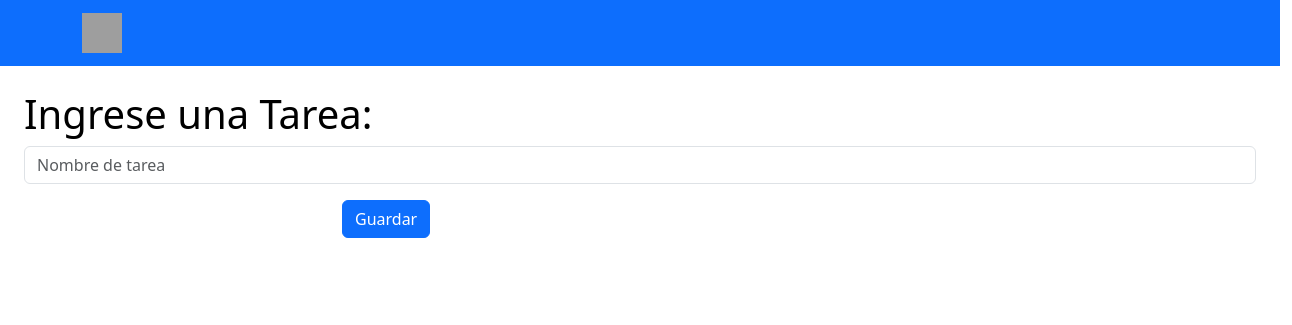
Repository: mgarrido0gb/registroTareas
Page: http://localhost/Tareas/Home
An editor plug-in stored every save of this project. The page is shown before and after the next save, followed by the edit.
The browser window is 1280 px wide. The page is 1292 px wide, so the pictures cover 1292 px, including what lies to the right of the window. The pictures show the whole page.
Pictures or frames that could not be fetched are drawn as grey boxes. The page is served by Tomcat 10. Other server files are loaded and not shown. Queries for data that is not in the repository find no rows.

Above is the page before, as saved 2024-05-21 16:53:29.

### Tareas/src/main/webapp/WEB-INF/home.jsp
<%@page import="models.Categoria"%>
<%@page import="models.Tarea"%>
<%@ page language="java" contentType="text/html; charset=ISO-8859-1"
    pageEncoding="ISO-8859-1" import="java.util.ArrayList" import="models.Tarea" import="models.Categoria"%>
<!doctype html>
<html lang="en">
  <head>
    <meta charset="utf-8">
    <meta name="viewport" content="width=device-width, initial-scale=1">
    <title>Registro Tareas</title>
    <link href="https://cdn.jsdelivr.net/npm/bootstrap@5.3.3/dist/css/bootstrap.min.css" rel="stylesheet" integrity="sha384-QWTKZyjpPEjISv5WaRU9OFeRpok6YctnYmDr5pNlyT2bRjXh0JMhjY6hW+ALEwIH" crossorigin="anonymous">
    <style type="text/css">
    	body{
    		background-color: white;
    		color: black;
    	}

    	li{
    		color: black;
    	}

    	.logotipo{
    		width: 30px;
    		height: 30px;
    	}






    </style>

  </head>
  <body>
  	<nav class="navbar bg-primary" id="nav">
  		<div class="container">
    		<a class="navbar-brand" href="#">
      			<img src="https://cdn-icons-png.flaticon.com/512/181/181627.png"  width="40" height="40">
    		</a>
  		</div>
	</nav>

    <div class="row">
    	<div class="col-3 offset-3 d-block m-auto m-0 col-sm">
    		<form action="/Tareas/Home" method="post">
    			<div class="p-4">
    				<h1>Ingrese una Tarea: </h1>

    				<div class="text-center">
    					<input class="form-control" placeholder="Nombre de tarea" name="texto" type="text" required>
    				</div>
    			<div>
    			<div class="row">
    				<div class="col-3 offset-3 p-3">
    					<input type="submit" value="Guardar" class="btn btn-primary">
    				</div>

    			</div>
    		</div>

    	</form>

    </div>


    </div>
   <div class="row">
   		<div class="col-3 offset-2 d-block m-auto m-0 p-3">
   			 <%
    			ArrayList<Tarea> tareas = (ArrayList<Tarea>)request.getAttribute("tareas");
    		%>

    			<% for (Tarea t: tareas) { %>
    				<ul class="list-group">
    					<li <% if (t.completada == true){ %>class="text-decoration-line-through text-danger"<% } %> class="list-group-item">
    		 				<%=t.texto %> (creada en: <%=t.fecha %>)
    		 				<a href="/Tareas/CheckearTarea?id=<%=t.id%>"><img src="https://img.icons8.com/?size=48&id=sz8cPVwzLrMP&format=png" class="logotipo"></img></a>
    		 				<a href="/Tareas/GestionTarea?id=<%=t.id%>"><img src="https://img.icons8.com/?size=48&id=pre7LivdxKxJ&format=png" class="logotipo"></img></a>
    					</li>
    				<br>
    			<%}%>
    		</ul>

   		</div>
   </div>
    <script src="https://cdn.jsdelivr.net/npm/bootstrap@5.3.3/dist/js/bootstrap.bundle.min.js" integrity="sha384-YvpcrYf0tY3lHB60NNkmXc5s9fDVZLESaAA55NDzOxhy9GkcIdslK1eN7N6jIeHz" crossorigin="anonymous"></script>
  </body>
</html>

### Tareas/src/main/java/servlets/Home.java
package servlets;

import jakarta.servlet.RequestDispatcher;
import jakarta.servlet.ServletException;
import jakarta.servlet.annotation.WebServlet;
import jakarta.servlet.http.HttpServlet;
import jakarta.servlet.http.HttpServletRequest;
import jakarta.servlet.http.HttpServletResponse;
import models.Categoria;
import models.Tarea;

import java.io.IOException;
import java.sql.SQLException;
import java.util.ArrayList;

import daos.CategoriaDao;
import daos.TareaDao;


/**
 * Servlet implementation class Home
 */
public class Home extends HttpServlet {
	private static final long serialVersionUID = 1L;

    /**
     * Default constructor.
     */
    public Home() {
        // TODO Auto-generated constructor stub
    }

	/**
	 * @throws IOException
	 * @throws ServletException
	 * @see HttpServlet#doGet(HttpServletRequest request, HttpServletResponse response)
	 */
	protected void doGet(HttpServletRequest request, HttpServletResponse response) throws ServletException, IOException  {
		// TODO Auto-generated method stub
		try {
			ArrayList<Tarea> tareas = TareaDao.getAll();
			System.out.println(tareas);
			request.setAttribute("tareas", tareas);

			ArrayList<Categoria> cats = CategoriaDao.getAll();
			request.setAttribute("cats", cats);
		} catch(SQLException e) {
			System.out.println(e);
		}


		// 2. Cargamos el JSP
		RequestDispatcher vista = request.getRequestDispatcher("WEB-INF/home.jsp");
		vista.forward(request, response);
	}

	/**
	 * @see HttpServlet#doPost(HttpServletRequest request, HttpServletResponse response)
	 */
	protected void doPost(HttpServletRequest request, HttpServletResponse response) throws ServletException, IOException {
		// TODO Auto-generated method stub
		String textoNuevaTarea = request.getParameter("texto");
		try {
			TareaDao.addNew(textoNuevaTarea);

		} catch (SQLException e) {
			// TODO Auto-generated catch block
			e.printStackTrace();
		}


		response.sendRedirect("/Tareas/Home");
	}

}

### Tareas/src/main/java/daos/TareaDao.java
package daos;

import java.sql.Connection;
import java.sql.PreparedStatement;
import java.sql.ResultSet;
import java.sql.SQLException;
import java.sql.Statement;
import java.util.ArrayList;

import models.Categoria;
import models.MyConn;
import models.Tarea;

public class TareaDao {

	static public void addNew(String textoNuevaTarea) throws SQLException {
		//1.-  nueva conexion
		Connection conn = MyConn.getConnection();
		//2.- consulta
		PreparedStatement consulta =conn.prepareStatement("INSERT INTO TAREAS (texto) values(?)");
		consulta.setString(1, textoNuevaTarea);
		consulta.execute();
	}

	static public void deleteById (int idTarea) throws SQLException {
		// 1. Pedimos una conexion nueva
		Connection conn = MyConn.getConnection();
		// 2. Creamos la consulta
		PreparedStatement stmt = conn.prepareStatement(
			"delete from tareas where id=?"
		);
		stmt.setInt(1, idTarea);
		// 3. Ejecutar la stmt
		stmt.executeUpdate();
	  }

	static public void checkById (int idTarea) throws SQLException {
		// 1. Pedimos una conexion nueva
		Connection conn = MyConn.getConnection();
		// 2. Creamos la consulta
		PreparedStatement stmt = conn.prepareStatement(
			"update tareas set completada = true where id = ?"
		);
		stmt.setInt(1, idTarea);
		// 3. Ejecutar la stmt
		stmt.executeUpdate();
	  }





	static public ArrayList<String> get_textos () throws SQLException {
		// 1. Creamos un ArrayList vacío
		ArrayList<String> textos = new ArrayList<String>();
		// 2. Pedimos una conección nueva
		Connection conn = MyConn.getConnection();
		// 3. Creamos y ejecutamos la consulta
		Statement consulta = conn.createStatement();
		ResultSet respuesta = consulta.executeQuery("select * from tareas");

		// 4. Vamos llenando el ArrayList con lo que tenga la respuesta
		while (respuesta.next()) {
		  textos.add( respuesta.getString("texto") );
		}
		// 5. Retornamos el ArrayList, ahora lleno
		return textos;
	  }



	static public ArrayList<Tarea> getAll () throws SQLException {
		// 1. Creamos un ArrayList vacío
		ArrayList<Tarea> tareas = new ArrayList<Tarea>();
		// 2. Pedimos una conección nueva
		Connection conn = MyConn.getConnection();
		// 3. Creamos y ejecutamos la consulta
		Statement consulta = conn.createStatement();
		ResultSet respuesta = consulta.executeQuery("select * from tareas");

		// 4. Vamos llenando el ArrayList con lo que tenga la respuesta
		while (respuesta.next()) {
			Tarea t = new Tarea(
					respuesta.getInt("id"),
					respuesta.getString("texto"),
					respuesta.getBoolean("completada"),
					respuesta.getDate("fecha")

			);
		  tareas.add(t);
		}
		return tareas;
	  }
}

### Tareas/src/main/java/models/MyConn.java
package models;

import java.sql.Connection;
import java.sql.DriverManager;
import java.sql.SQLException;

public class MyConn {
	static final String URL = "jdbc:postgresql://localhost/ejemplo_dao";
	static final String USER = "postgres";
	static final String PASSWORD = "12345";
	static final String DRIVER = "org.postgresql.Driver";

	static public Connection conn = null;

    static public Connection getConnection () {
      if (conn != null) {
        return conn;
      }
      try {
    	Class.forName(DRIVER);
    	conn = (Connection) DriverManager.getConnection(URL, USER, PASSWORD);
      }
      catch (ClassNotFoundException | SQLException e) {
    	e.printStackTrace();
      }
      return conn;
    }
}

### Tareas/src/main/java/daos/CategoriaDao.java
package daos;

import java.sql.Connection;
import java.sql.ResultSet;
import java.sql.SQLException;
import java.sql.Statement;
import java.util.ArrayList;

import models.Categoria;
import models.MyConn;


public class CategoriaDao {
	static public ArrayList<Categoria> getAll () throws SQLException {
		// 1. Creamos un ArrayList vacío
		ArrayList<Categoria> categorias = new ArrayList<Categoria>();
		// 2. Pedimos una conección nueva
		Connection conn = MyConn.getConnection();
		// 3. Creamos y ejecutamos la consulta
		Statement consulta = conn.createStatement();
		ResultSet respuesta = consulta.executeQuery("select * from categoria order by id");

		// 4. Vamos llenando el ArrayList con lo que tenga la respuesta
		while (respuesta.next()) {
			Categoria c = new Categoria(
					respuesta.getInt("id"),
					respuesta.getString("nombre")

			);
		  categorias.add(c);
		}
		return categorias;
	  }
}

After the next save:
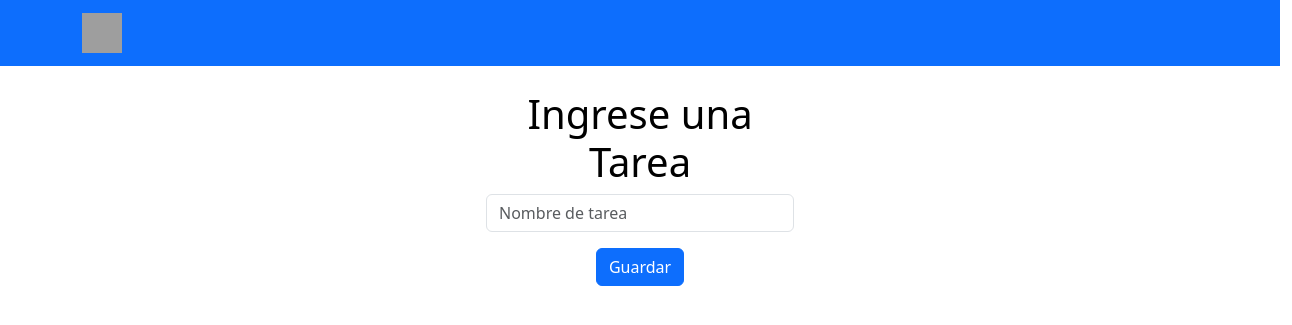
Saved 69 s later.
--- a/Tareas/src/main/webapp/WEB-INF/home.jsp
+++ b/Tareas/src/main/webapp/WEB-INF/home.jsp
@@ -41,27 +41,23 @@
   		</div>
 	</nav>
 
-    <div class="row">
-    	<div class="col-3 offset-3 d-block m-auto m-0 col-sm">
-    		<form action="/Tareas/Home" method="post">
-    			<div class="p-4">
-    				<h1>Ingrese una Tarea: </h1>
-
-    				<div class="text-center">
-    					<input class="form-control" placeholder="Nombre de tarea" name="texto" type="text" required>
-    				</div>
-    			<div>
-    			<div class="row">
-    				<div class="col-3 offset-3 p-3">
-    					<input type="submit" value="Guardar" class="btn btn-primary">
-    				</div>
-
-    			</div>
-    		</div>
-
-    	</form>
-
+    <div class="container">
+    <div class="row justify-content-center">
+        <div class="col-12 col-md-6 col-lg-4">
+            <form action="/Tareas/Home" method="post">
+                <div class="p-4">
+                    <h1 class="text-center">Ingrese una Tarea</h1>
+                    <div class="form-group">
+                        <input class="form-control" placeholder="Nombre de tarea" name="texto" type="text" required>
+                    </div>
+                    <div class="text-center mt-3">
+                        <input type="submit" value="Guardar" class="btn btn-primary">
+                    </div>
+                </div>
+            </form>
+        </div>
     </div>
+</div>
 
 
     </div>
